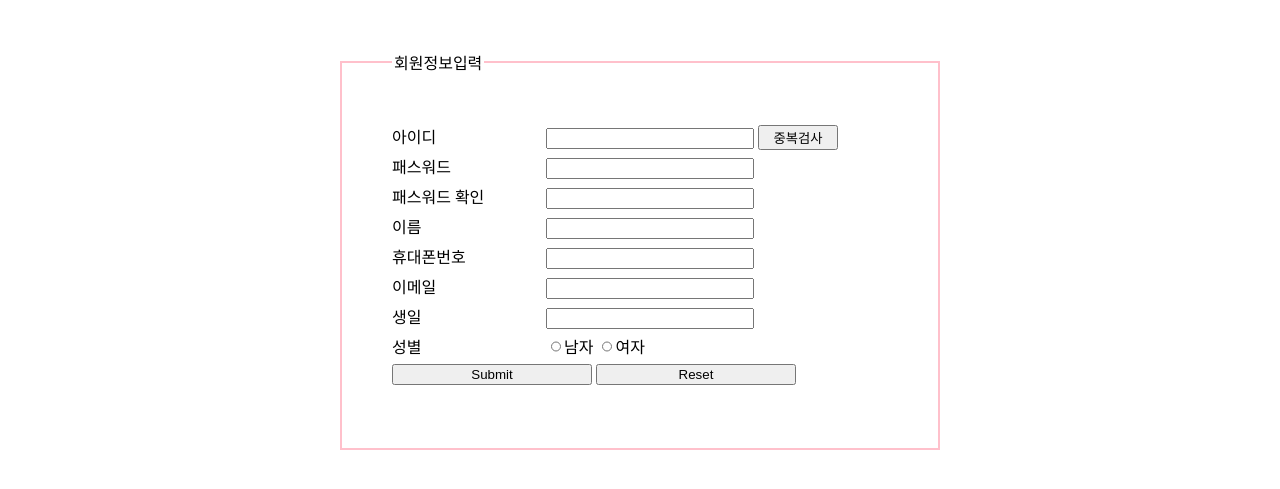
Repository: solsol7/ddit-html
Page: webpro/WebContent/work/html/회원가입.html
An editor plug-in stored every save of this project. The page is shown before and after the next save, followed by the edit.
The browser window is 1280 px wide. The pictures show the whole page.

Above is the page before, as saved 2023-07-06 01:57:30.

### webpro/WebContent/work/html/회원가입.html
<!DOCTYPE html>
<html>
<head>
<meta charset="UTF-8">
<title>Insert title here</title>
<link rel="stylesheet" href="../css/회원가입.css">
</head>
<body>

<fieldset>
<legend>회원정보입력</legend>
	<label>아이디</label>
		<input type="text" name="id" id="id">
		<input type="button" value="중복검사" name="dup" id="dup"><br>
	<label>패스워드</label>
		<input type="password" name="pass" id="pass"><br>
	<label>패스워드 확인</label>
		<input type="password" name="passcheck" id="passcheck"><br>
	<label>이름</label>
		<input type="text" name="name" id="name"><br>
	<label>휴대폰번호</label>
		<input type="text" name="tel" id="tel"><br>
	<label>이메일</label>
		<input type="text" name="email" id="email"><br>
	<label>생일</label>
		<input type="text" name="bir" id="bir"><br>
	<label>성별</label>
		<input type="radio" name="gender" class="gender" id="" value="남자">남자
		<input type="radio" name="gender" class="gender" value="여자">여자<br>
	<input type="submit" name="submit" id="submit">
	<input type="reset" name="reset" id="reset">
</fieldset>

</body>
</html>

### webpro/WebContent/work/css/회원가입.css
@charset "UTF-8";

fieldset{
	border : 2px solid pink;
	box-sizing : border-box;
	margin : 50px auto;
	width : 600px;
	height : 400px;
	padding : 50px;
}
label{
	display : inline-block;
	width : 150px;
	height : 30px;
}
input{
	width : 200px;
}
#dup{
	width : 80px;
}
.gender{
	border : 1px solid red;
	width : 10px;
}
#w{
	margin-left : 50px;
}
a{
	float : right;

}

After the next save:
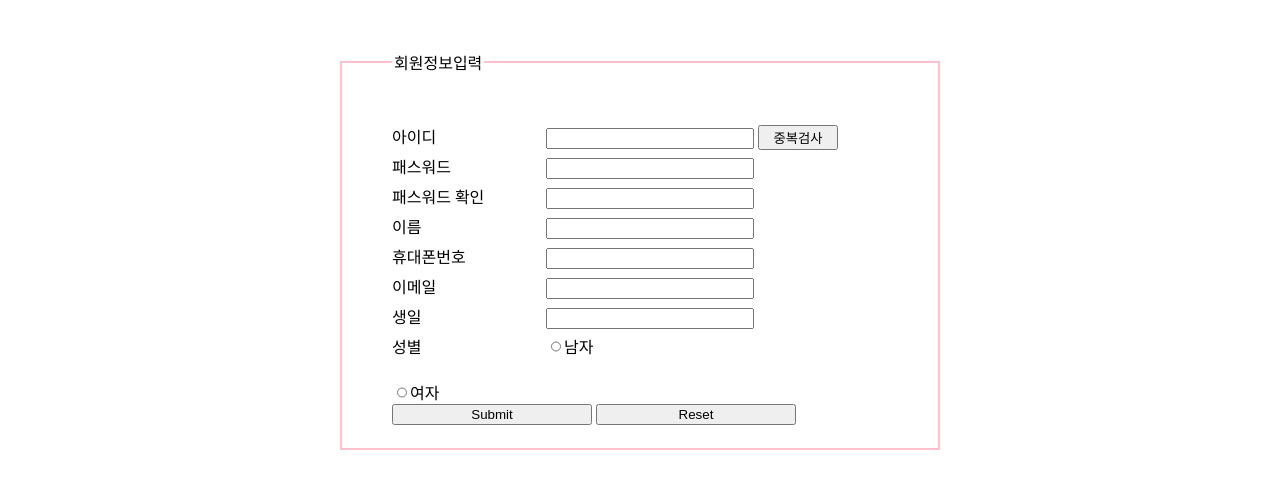
Saved 65 s later.
--- a/webpro/WebContent/work/html/회원가입.html
+++ b/webpro/WebContent/work/html/회원가입.html
@@ -25,7 +25,8 @@
 	<label>생일</label>
 		<input type="text" name="bir" id="bir"><br>
 	<label>성별</label>
-		<input type="radio" name="gender" class="gender" id="" value="남자">남자
+		<input type="radio" name="gender" class="gender" value="남자">남자
+		<p id="jump"></p>
 		<input type="radio" name="gender" class="gender" value="여자">여자<br>
 	<input type="submit" name="submit" id="submit">
 	<input type="reset" name="reset" id="reset">

After the save that followed:
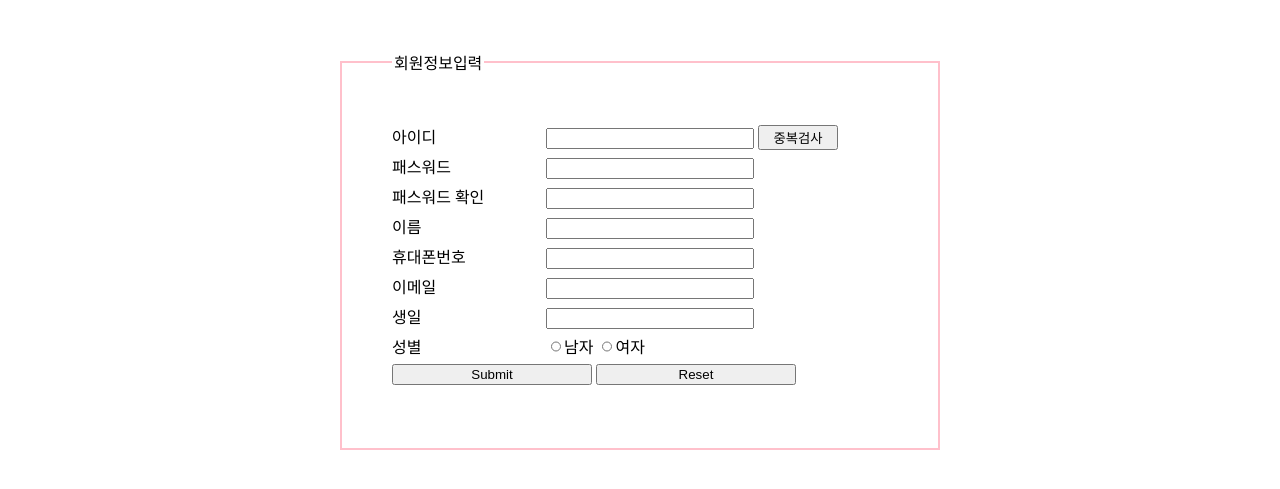
Saved 56 s later.
--- a/webpro/WebContent/work/html/회원가입.html
+++ b/webpro/WebContent/work/html/회원가입.html
@@ -26,7 +26,6 @@
 		<input type="text" name="bir" id="bir"><br>
 	<label>성별</label>
 		<input type="radio" name="gender" class="gender" value="남자">남자
-		<p id="jump"></p>
 		<input type="radio" name="gender" class="gender" value="여자">여자<br>
 	<input type="submit" name="submit" id="submit">
 	<input type="reset" name="reset" id="reset">
